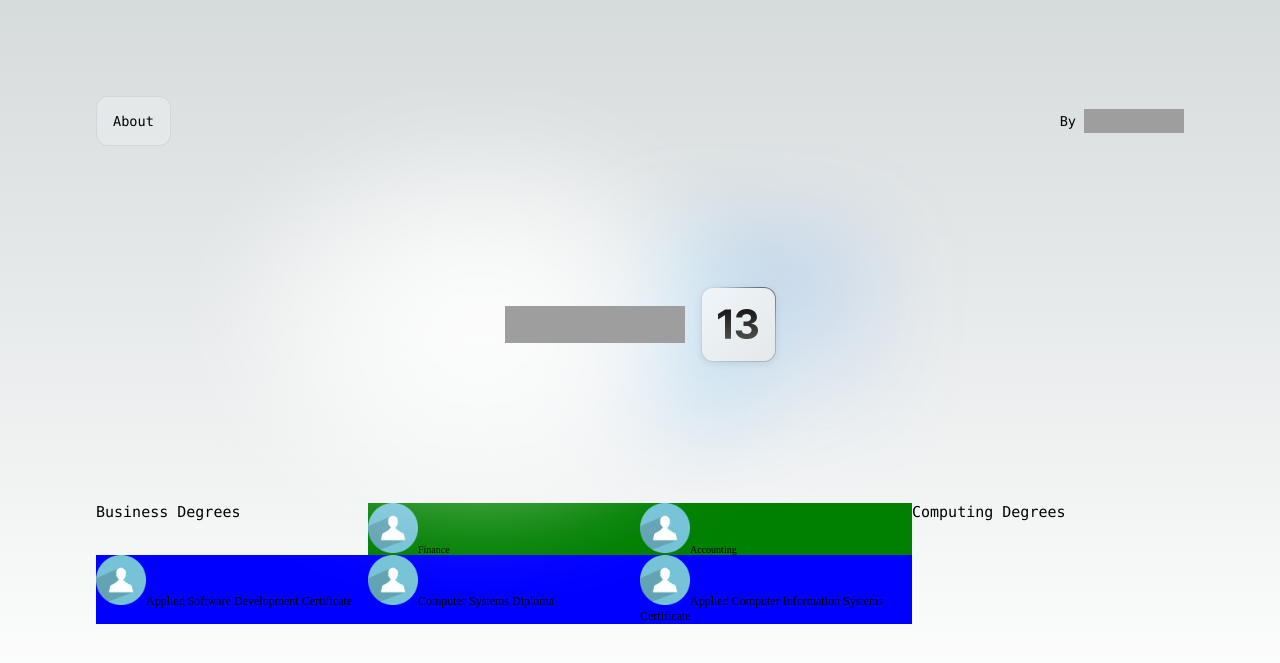
Repository: TeoEstrada9/Week-3-example
Page: /
An editor plug-in stored every save of this project. The page is shown before and after the next save, followed by the edit.
The browser window is 1280 px wide. The pictures show the whole page.
Pictures or frames that could not be fetched are drawn as grey boxes. The project was rebuilt for these pictures with package versions that can differ from the ones it lists, and the page was loaded fresh each time. The framework's server and built-in components were replaced by stand-ins that run in the browser. Also part of the build but not shown: next.config.js.

Above is the page before, as saved 2023-01-18 20:04:36.

After the next save:
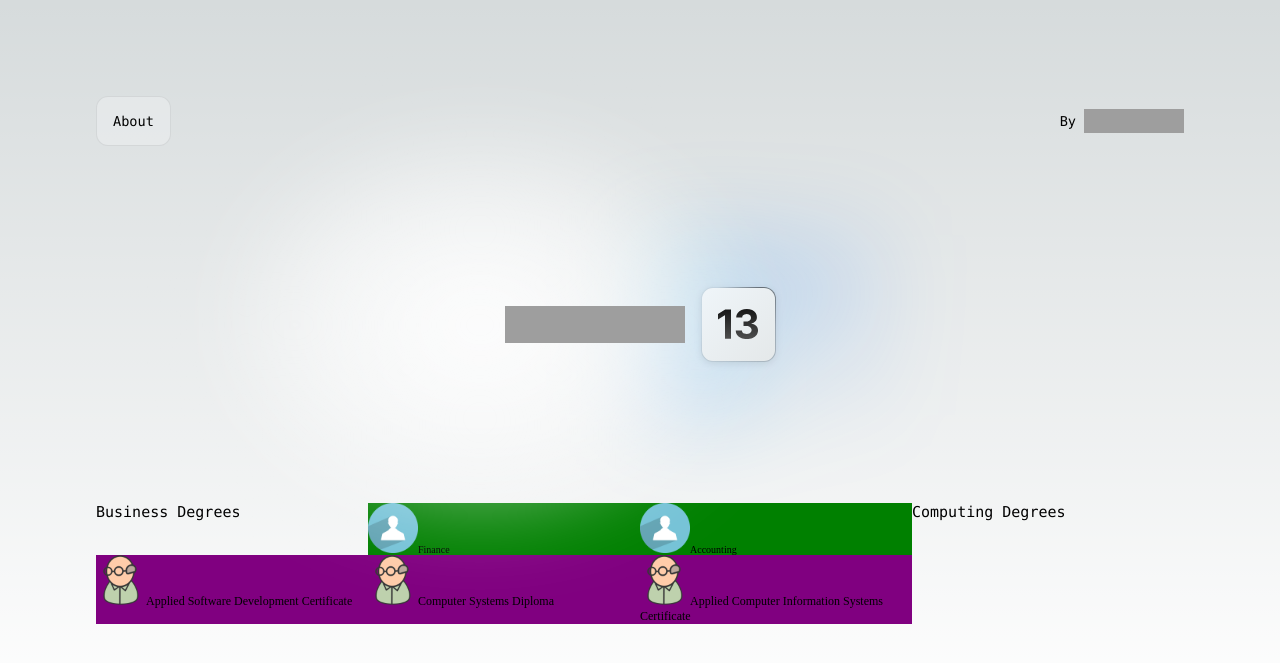
Saved 4 s later.
--- a/pages/index.js
+++ b/pages/index.js
@@ -82,7 +82,7 @@
           {information && information.map((info, index) => {
             if(info.department === "Computing")
             return(
-              <Card key={index} degree={info.degree} colour="blue" font="12px"/>
+              <Card key={index} degree={info.degree} colour="purple" font="12px"/>
             )
 
           })}
